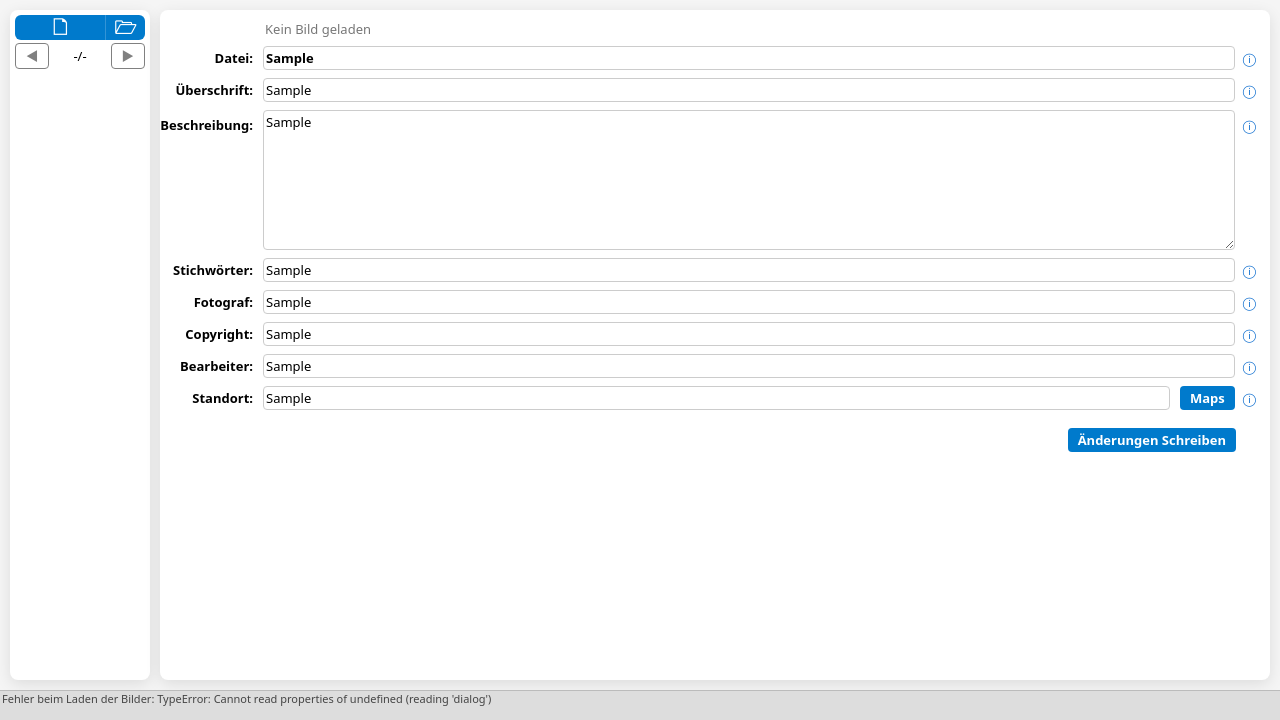
Repository: h-fahle/metadata
Page: ui/index.html
An editor plug-in stored every save of this project. The page is shown before and after the next save, followed by the edit.
The browser window is 1280 px wide. The pictures show the whole page.
Empty fields were first filled with sample values (such as "Sample", 5 or name@example.com).
After loading, the first visible `button.open-files` was clicked once.

Above is the page before, as saved 2026-08-22 19:09:11.
Console error: TypeError: Cannot read properties of undefined (reading 'core')

### ui/index.html
<!DOCTYPE html>
<html lang="de">

<head>
	<meta charset="UTF-8">
	<title>Tauri ExifTool Test</title>
	<script src="script.js" defer></script>
	<link rel="stylesheet" href="style.css">
</head>

<body>

	<main id="main-container">

		<!-- Das Vorschaubild links -->
		<aside id="sidebar">

			<!-- <button id="file-open" onclick="waehleUndLadeBilder()">Datei öffnen</button> -->
			<div class="split-button-container">
				<!-- isFolder = false, selectMultiple = true -->
				<button class="open-files" onclick="waehleUndLadeBilder(false, true)">&#x1F5CB;</button>
				<!-- isFolder = true, selectMultiple = false -->
				<button class="open-folder" onclick="waehleUndLadeBilder(true, false)">&#x1F5C1;</button>
			</div>

			<div id="nav">
				<button class="blaettern" onclick="blaettern(-1)">◄</button>
				<span id="img-nummer">-/-</span>
				<button class="blaettern" onclick="blaettern(1)">►</button>
			</div>

			<img id="vorschau-bild" src="" style="display:none;" />
			<div id="bild-info" style="text-align:center;">
				<span id="img-datum"></span><br>
				<span id="img-groesse"></span>
			</div>
		</aside>

		<!-- Das Formular rechts -->
		<section id="form-container">

			<div id="ordner-pfad">Kein Bild geladen</div>

			<div class="form-row">
				<label for="filename">Datei:</label>
				<input type="text" id="filename" name="filename" style="font-weight:bold;"/>
				<div class="tooltip-container">
					<span class="info-icon">ⓘ</span>
					<div class="tooltip-box">Im Einzelmodus: Änderung des Dateinamens bewirkt Umbenennung der Datei.
						Im Stapelmodus: Ordnername is nicht änderbar.!
					</div>
				</div>
			</div>

			<div class="form-row">
				<label for="caption">Überschrift:</label>
				<input type="text" id="caption" name="caption" />
				<div class="tooltip-container">
					<span class="info-icon">ⓘ</span>
					<div class="tooltip-box">Auch: (Dokument-)Titel, Schlagzeile, Headline
					</div>
				</div>
			</div>

			<div class="form-row form-row-top">
				<label for="description">Beschreibung:</label>
				<textarea id="description" name="description"></textarea>
				<div class="tooltip-container">
					<span class="info-icon">ⓘ</span>
					<div class="tooltip-box">Beschreibender Text in beliebiger Länge.
						(Im Stapelmodus wird der eingegebene Text
						&nbsp;&nbsp; an vorhandenen angehängt.)
						Hinweis: Einige Programme zeigen nur 2.000 Zeichen
						&nbsp;&nbsp; oder auch weniger an.
					</div>
				</div>
			</div>

			<div class="form-row">
				<label for="keywords">Stichwörter:</label>
				<input type="text" id="keywords" name="keywords" />
				<div class="tooltip-container">
					<span class="info-icon">ⓘ</span>
					<div class="tooltip-box">Komma-separierte Liste. Groß-/Kleinschreibung beachten.
						Im Stapelmodus werden die eingegebenen Stichwörter
						&nbsp;&nbsp; an vorhandene angehängt.
					</div>
				</div>
			</div>

			<div class="form-row">
				<label for="creator">Fotograf:</label>
				<input type="text" id="creator" name="creator" />
				<div class="tooltip-container">
					<span class="info-icon">ⓘ</span>
					<div class="tooltip-box">Urheber, Ersteller, Autor
						(Tags: Artitst, Creator, By-line)
					</div>
				</div>
			</div>

			<div class="form-row">
				<label for="copyright">Copyright:</label>
				<input type="text" id="copyright" name="copyright" />
				<div class="tooltip-container">
					<span class="info-icon">ⓘ</span>
					<div class="tooltip-box">Urheberrechtshinweis; enthält in der Regel:
						Name des Fotografen, Aufnahmejahr und Nutzungsrechte;
						(z.B. 'Copyright [1975] [Mustermann], Alle Rechte vorbehalten')
					</div>
				</div>
			</div>

			<div class="form-row">
				<label for="editor">Bearbeiter:</label>
				<input type="text" id="editor" name="editor" />
				<div class="tooltip-container">
					<span class="info-icon">ⓘ</span>
					<div class="tooltip-box">Verfasser der Metadaten
						(Tags: Caption Writer, Writer Editor)
					</div>
				</div>
			</div>

			<div class="form-row">
				<label for="position">Standort:</label>
				<input type="text" id="position" name="position" />
				<button type="button" onclick="zeigeMaps(event)">Maps</button>
				<div class="tooltip-container">
					<span class="info-icon">ⓘ</span>
					<div class="tooltip-box">GPS-Koordinaten in Dezimalgrad (51.49129, 8.43317).
						Ermitteln der Koordinaten in der Google Maps-Karte:
						&nbsp; 1. mit rechter Maustaste auf den Standort klicken,
						&nbsp; 2. auf die angezeigten Koordinaten klicken,
						&nbsp; 3. der so gespeicherte Wert kann dann mit Strg+V
						&nbsp;&nbsp;&nbsp;&nbsp;&nbsp;&nbsp; kopiert werden."
					</div>
				</div>
			</div>

			<!-- Button-Leiste -->
			<div class="button-group">
				<button type="button" onclick="exifSchreiben(event)">Änderungen
					Schreiben</button>
			</div>

		</section> <!-- Ende der form-containers-->
	</main> <!-- Ende des main-containers -->

	<footer id="statusleiste">
		<div id="status-text">
			Bereit
		</div>
	</footer>


</body>

</html>

### ui/script.js
let aktuellerBildPfad = "";
let bilderListe = [];
let aktuellerIndex = -1;
let status = document.getElementById('statusleiste');
let stapelmodus = 0;

const invoke = window.__TAURI__.core.invoke;

function zeigeStatus(nachricht) {
    status.innerText = nachricht;
}

async function dateiAuswählen() {
    try {
        const ergebnis = await invoke('plugin:dialog|open', {
            options: {
                title: 'Bilddatei für ExifTool auswählen',
                directory: false,
                multiple: false,
                filters: [
                    { name: 'Bilder', extensions: ['jpg', 'jpeg', 'png', 'gif', 'tif', 'tiff', 'webp', 'avif', 'heic', 'heif'] }
                ]
            }
        });

        if (ergebnis) {
            const pfad = typeof ergebnis === 'object' ? ergebnis[0] : ergebnis;
            aktuellerBildPfad = pfad;

            // Bilderliste des Ordners auslesen
            await ladeOrdnerBilder(pfad);

            // Metadaten für das aktuelle Bild einlesen
            exifAuslesen();
        }
    } catch (fehler) {
        zeigeStatus("Dialog-Fehler: " + fehler);
    }
}

 async function ladeOrdnerBilder(pfad) {
    try {
        bilderListe = await invoke('hole_ordner_bilder', { dateipfad: pfad });
        // Finde den Index des gewünschten Bildes in der sortierten Liste
        if (aktuellerBildPfad) {
            aktuellerIndex = bilderListe.indexOf(aktuellerBildPfad);
        } else if (bilderListe.length > 0) {
            aktuellerIndex = 0; // Fallback: Erstes Bild anzeigen
        }
    } catch (fehler) {
        zeigeStatus(fehler);
    }
}

async function waehleUndLadeBilder(isFolder = false, selectMultiple = false) {
    try {
        // 1. Der EINE Dialog öffnet sich.
        // Dank 'multiple: true' kann der Nutzer EIN Bild ODER VIELE Bilder markieren.
        const auswahl = await window.__TAURI__.dialog.open({
            directory: isFolder,
            multiple: selectMultiple,
            filters: [
                { name: 'Bilder', extensions: ['jpg', 'jpeg', 'png', 'gif', 'tif', 'tiff', 'webp', 'avif', 'heic', 'heif'] }
            ]
        });


        // 1. Nutzer hat den Dialog geschlossen/abgebrochen
        if (auswahl === null) {
            return [];
        }
        if (isFolder) {
            stapelmodus = 2  // Ordner
        } else {
            if (auswahl.length === 1) {
                stapelmodus = 0;  // Einzelmodus
            } else {
                stapelmodus = 1  // mehrere Dateien
            }
        }

        // 2. Prüfen, ob der Nutzer nicht auf "Abbrechen" geklickt hat
        if (stapelmodus === 0) {
            // Einzelmodus
            // Tauri gibt uns IMMER ein Array zurück, egal ob 1 oder 10 Dateien gewählt wurden.
            // Wir merken uns die erste Datei aus der Auswahl als Startbild.
            const startBild = auswahl[0];

            // 3. Wir schicken das Array direkt an Rust
            bilderListe = await invoke('hole_ordner_bilder', { dateipfad: startBild });

            // 4. Wir finden den Index des Startbildes in der sortierten Liste
            aktuellerIndex = bilderListe.indexOf(startBild);

            aktuellerBildPfad = startBild;
            exifAuslesen();

        } else if (stapelmodus === 1) {
            // mehrere ausgewählte Bilder
            stapelmodus = 1;
            bilderListe = auswahl;
            zeigeStatus(`${bilderListe.length} Bilder erfolgreich geladen.`);
        } else {
            // Ordner
            zeigeStatus(auswahl)
        }

        if (stapelmodus > 0) {
            const vorschauImg = document.getElementById("vorschau-bild");
            vorschauImg.src = "./batch-icon.png";
        }
    } catch (fehler) {
        zeigeStatus("Fehler beim Laden der Bilder: " + fehler);
    }
}

async function oeffneBilderDialog() {
    try {
        const ausgewaehltePfade = await window.__TAURI__.dialog.open({
            multiple: true, // Erlaubt dem Nutzer, mehrere Dateien zu markieren
            directory: false,
            filters: [{ name: 'Bilder', extensions: ['jpg', 'jpeg', 'png', 'webp'] }]
        });

        // Wenn der Nutzer nicht abgebrochen hat
        if (ausgewaehltePfade && ausgewaehltePfade.length > 0) {
            // Wir nehmen das erste Bild aus der Auswahl als Startbild
            const erstesBild = ausgewaehltePfade[0];

            // Aufruf Ihrer angepassten Funktion
            await ladeOrdnerBilder(ausgewaehltePfade, erstesBild);
        }
    } catch (fehler) {
        zeigeStatus("Dialog-Fehler: " + fehler);
    }
}

function blaettern(richtung) {
    if (bilderListe.length === 0) return;
    if (richtung > 0) {
        aktuellerIndex = (aktuellerIndex + 1) % bilderListe.length;
    } else {
        aktuellerIndex = (aktuellerIndex - 1 + bilderListe.length) % bilderListe.length;
    }
    aktuellerBildPfad = bilderListe[aktuellerIndex];
    exifAuslesen();
}

async function exifAuslesen() {
    const pfad = aktuellerBildPfad;
    const vorschauImg = document.getElementById("vorschau-bild");

    zeigeStatus("Rufe ExifTool auf...");

    try {
        // 1. Metadaten über Rust holen
        const jsonText = await invoke('lese_bild_metdaten', { dateipfad: pfad });
        const datenObjekt = JSON.parse(jsonText)[0]; 	// Das 1. JSON-Objekt im JSON-Array in JS-Objekt umwandeln

        if (bilderListe.length > 0) {
            document.getElementById('img-nummer').innerText = `${aktuellerIndex + 1}/${bilderListe.length}`;
        } else {
            document.getElementById('img-nummer').innerText = '0/0';
        }

        let aufnahmeDatum = datenObjekt.DateTimeOriginal;
        if (typeof aufnahmeDatum === 'undefined') aufnahmeDatum = '---';

        document.getElementById('img-datum').innerText = '\u{1F4F7} ' + aufnahmeDatum || '';
        document.getElementById('img-groesse').innerText = '⤢ ' + datenObjekt.ImageSize || '';

        document.getElementById('filename').value = datenObjekt.FileName || '';
        document.getElementById('caption').value = datenObjekt.CMB_Caption || '';
        document.getElementById('description').value = datenObjekt.Description || '';
        document.getElementById('keywords').value = datenObjekt.Keywords || '';
        document.getElementById('creator').value = datenObjekt.Creator || '';
        document.getElementById('copyright').value = datenObjekt.Copyright || '';
        document.getElementById('editor').value = datenObjekt.CMB_Editor || '';
        document.getElementById('position').value = datenObjekt.GPSPosition || '';

        const vollerPfad = pfad;
        // Erkennt automatisch Linux-Schrägstriche (/) und Windows-Backslashes (\)
        const letzterSlash = Math.max(vollerPfad.lastIndexOf('/'), vollerPfad.lastIndexOf('\\'));
        let ordner = "Unbekannt";
        if (letzterSlash !== -1) {
            ordner = vollerPfad.substring(0, letzterSlash);
        }
        // Den berechneten Ordnerpfad in das neue Label schreiben
        document.getElementById('ordner-pfad').innerText = ordner;

        // Wir nehmen das erste Element der Liste (ExifTool liefert immer ein Array)
        zeigeStatus(jsonText);

        // Wir fragen Rust nach dem besten Weg für das Bild
        const vorschauErgebnis = await invoke('hole_vorschaubild', { dateipfad: pfad });

        if (vorschauErgebnis === "STANDARD") {
            // Normales JPG/PNG über das Asset-Protokoll
            const assetUrl = window.__TAURI__.core.convertFileSrc(pfad);
            vorschauImg.src = assetUrl + "?t=" + new Date().getTime();
        } else if (vorschauErgebnis.startsWith("data:[embedded picture, 23 characters]")) {
            // TIF/TIFF über den im RAM kompilierten Rust-Wandler
            vorschauImg.src = vorschauErgebnis;
        }

        vorschauImg.style.display = "block";

    } catch (fehler) {
        zeigeStatus("Fehler: " + fehler);
        vorschauImg.style.display = "none";
    }
}

async function zeigeMaps(event) {
    event.preventDefault()
    let gps = document.getElementById('position').value;

    try {
        // Ruft direkt unsere eigene, sichere Rust-Funktion auf
        await invoke('oeffne_maps_browser', {
            gpsString: gps
        });
    } catch (fehler) {
        zeigeStatus(fehler);
    }
}

async function exifSchreiben(ereignis) {
    if (ereignis) ereignis.preventDefault();  // verbietet dem Browser den automatischen Seiten-Reset!

    if (aktuellerBildPfad === "") return;

    zeigeStatus("Speichere Daten über ExifTool...");

    // Wir sammeln alle aktuellen Werte aus den Eingabefeldern ein
    const daten = {
        dateipfad: aktuellerBildPfad,
        filename: document.getElementById('filename').value,
        caption: document.getElementById('caption').value,
        description: document.getElementById('description').value,
        keywords: document.getElementById('keywords').value.split(',').map(s => s.trim()).join(', '),
        creator: document.getElementById('creator').value,
        copyright: document.getElementById('copyright').value,
        editor: document.getElementById('editor').value,
        gps: document.getElementById('position').value
    };

    try {
        // Wir schicken das gesamte Paket an die Rust-Funktion 'schreibe_bild_metdaten'
        const antwort = await invoke('schreibe_bild_metdaten', daten);

        // Bei Erfolg zeigen wir die Meldung in grüner Schrift an
        zeigeStatus(antwort);

        // 2. Da der Pfad dank preventDefault() jetzt bombenfest im Feld stehen bleibt,
        // funktioniert das Neuladen nun augenblicklich und fehlerfrei!
        await exifAuslesen();

    } catch (fehler) {
        // Falls etwas schiefgeht (z.B. Datei schreibgeschützt), zeigen wir den Fehler an
        zeigeStatus(fehler);
    }
}

Loaded but not shown: ui/style.css (265 lines, source omitted)

After the next save:
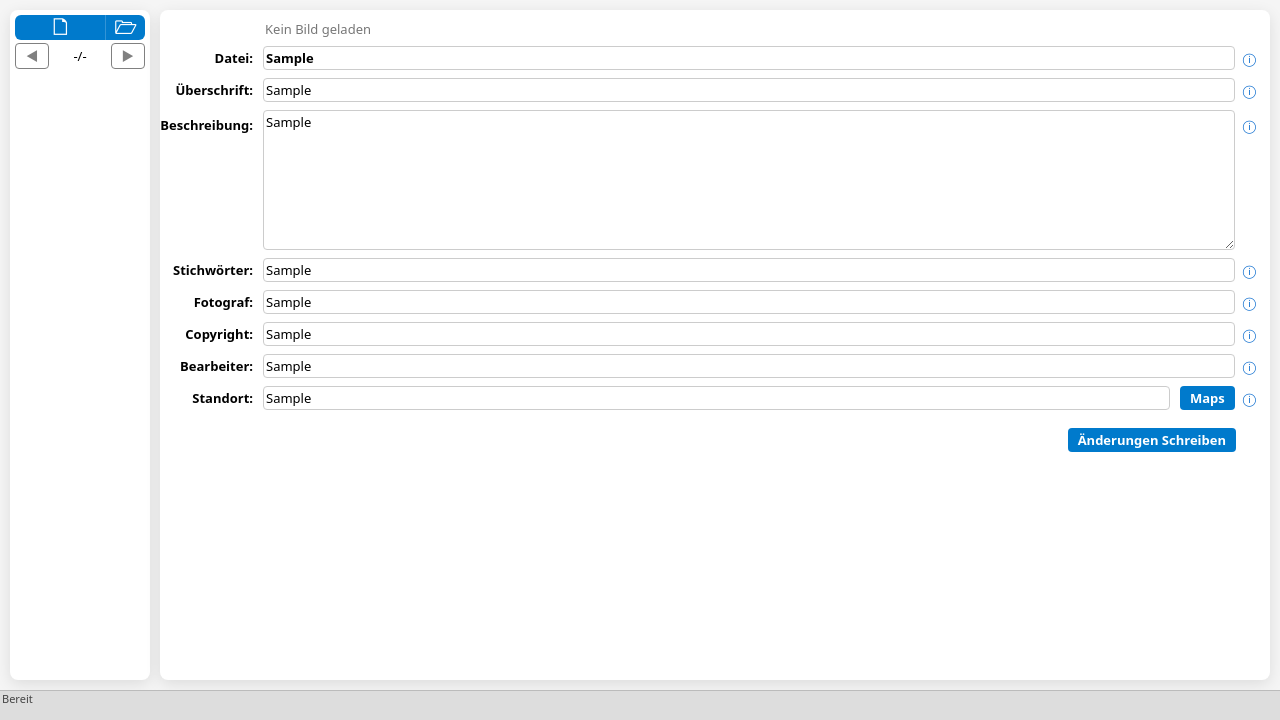
Console error (its wording comes from the project's code and is left out).
Saved 2 min 57 s later.
--- a/ui/script.js
+++ b/ui/script.js
@@ -107,7 +107,7 @@
 
         if (stapelmodus > 0) {
             const vorschauImg = document.getElementById("vorschau-bild");
-            vorschauImg.src = "./batch-icon.png";
+            vorschauImg.src = new URL('./batch-icon.png', import.meta.url).href;
         }
     } catch (fehler) {
         zeigeStatus("Fehler beim Laden der Bilder: " + fehler);

After the save that followed:
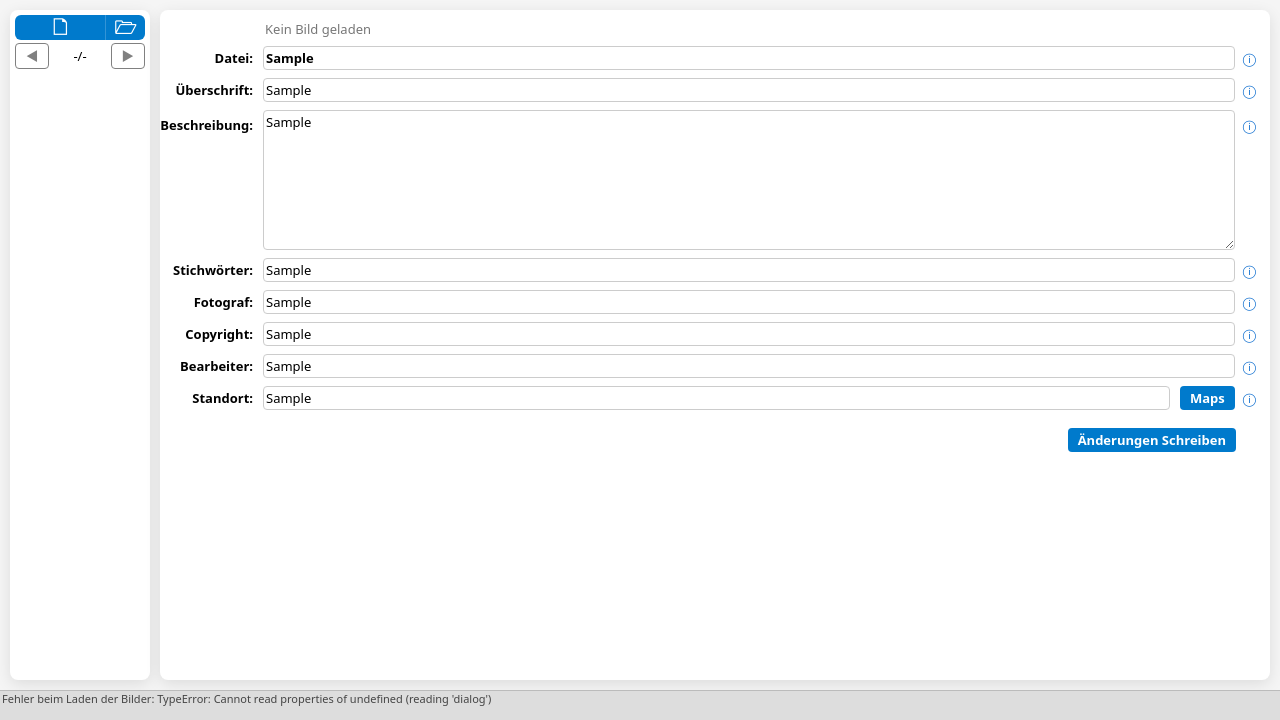
Console error: TypeError: Cannot read properties of undefined (reading 'core')
Saved 102 s later.
--- a/ui/script.js
+++ b/ui/script.js
@@ -107,7 +107,7 @@
 
         if (stapelmodus > 0) {
             const vorschauImg = document.getElementById("vorschau-bild");
-            vorschauImg.src = new URL('./batch-icon.png', import.meta.url).href;
+            vorschauImg.src = new URL('./batch-icon.png', window.location.href).href;
         }
     } catch (fehler) {
         zeigeStatus("Fehler beim Laden der Bilder: " + fehler);
